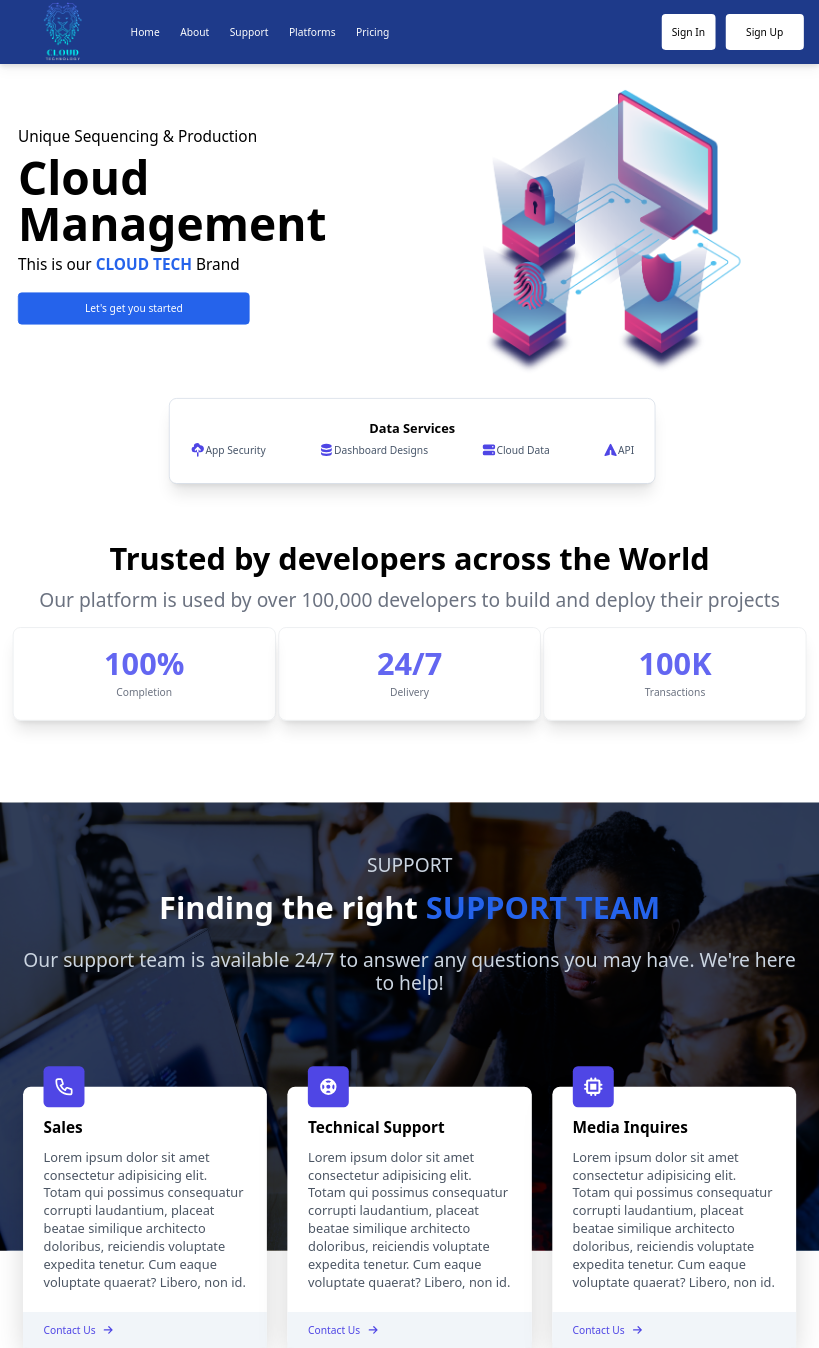
Repository: Esther-Kamau/cloud-management
Page: /
An editor plug-in stored every save of this project. The page is shown before and after a run of saves, followed by the edit.
The browser window is 1280 px wide. The pictures show the whole page, at 64% of full size.
The project was rebuilt for these pictures with package versions that can differ from the ones it lists, and the page was loaded fresh each time. A package was used in the major version that the imports need, not the one package.json lists.

Above is the page before, as saved 2023-03-16 20:28:17.

After the next 2 saves:
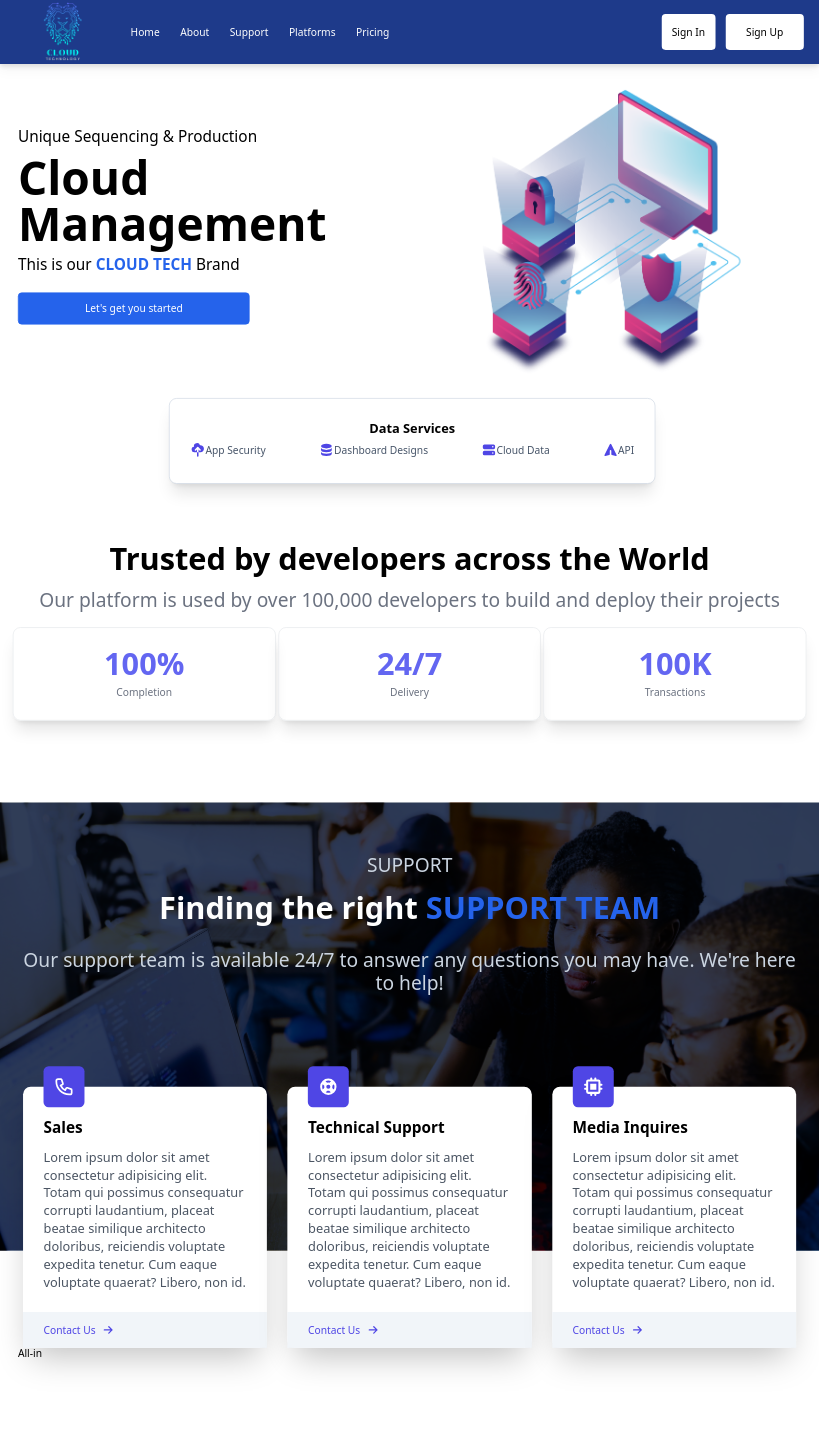
The 2 saves are shown as one change because they came seconds apart.
The last was saved 8 s later.
--- a/src/components/Features.jsx
+++ b/src/components/Features.jsx
@@ -5,7 +5,7 @@ const Features = () => {
   return (
     <div className='h-full my-32'>
         <div className='max-w-[1240px] mx-auto px-2'>
-            <h2></h2>
+            <h2> All-in</h2>
 <div>
 
 </div>
